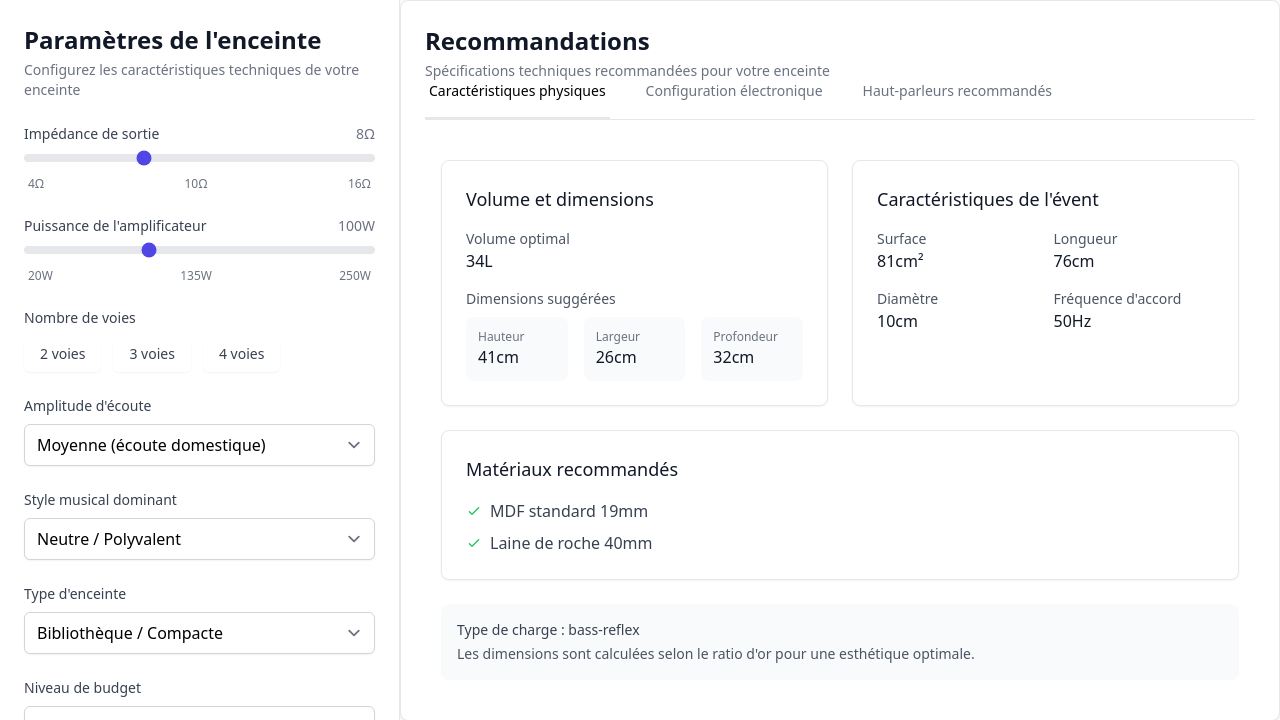
Repository: flobutbut/AcuoTune
Page: /
An editor plug-in stored every save of this project. The page is shown before and after the next save, followed by the edit.
The browser window is 1280 px wide. The pictures show the whole page.
The project was rebuilt for these pictures with package versions that can differ from the ones it lists, and the page was loaded fresh each time. Also part of the build but not shown: vite.config.ts, src/utils/calculations/electronic.ts, src/utils/calculations/frequency-response.ts, src/components/configurateur/FrequencyResponseChart.vue, src/components/configurateur/recommendations/ElectronicTab.vue, src/components/configurateur/recommendations/SpeakersTab.vue.

Above is the page before, as saved 2025-02-28 15:28:33.

After the next save:
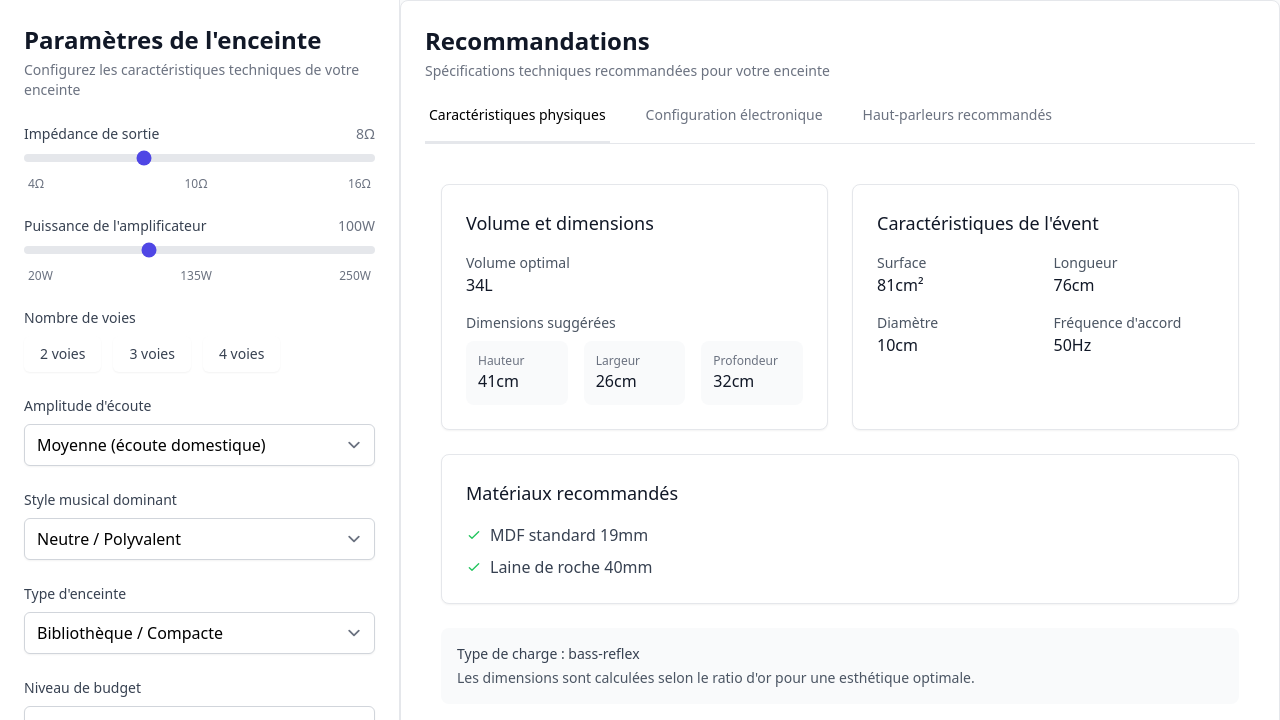
Saved 17 s later.
--- a/src/components/configurateur/RecommendationsPanel.vue
+++ b/src/components/configurateur/RecommendationsPanel.vue
@@ -59,7 +59,7 @@ const speakerRecommendations = [
     <div class="p-6">
 
       <h2 class="text-2xl font-bold text-gray-900">Recommandations</h2>
-      <p class="mt-1 text-sm text-gray-500">Spécifications techniques recommandées pour votre enceinte</p>
+      <p class="mt-1 text-sm text-gray-500 mb-6">Spécifications techniques recommandées pour votre enceinte</p>
 
       <!-- Onglets -->
       <div class="border-b border-gray-200">
